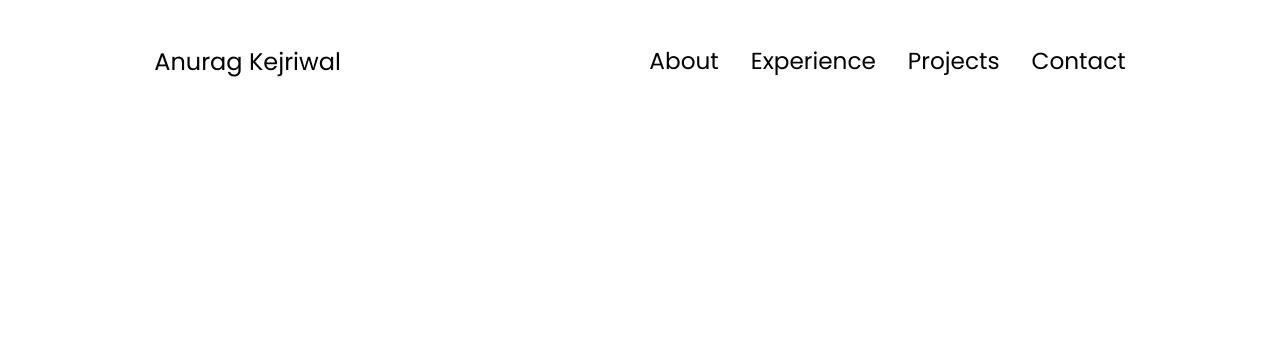
Repository: anuragkej/OldPortfolio
Page: index.html
These files come from the project's save history. The page is drawn as it stood at one moment and after the next save; the edit follows.
The browser window is 1280 px wide. The pictures show the whole page.

Above is the page before, as saved 2024-05-25 20:22:34.

### index.html
<!DOCTYPE html>
<html lang="en">
<head>
    <meta charset="UTF-8">
    <meta name="viewport" content="width=device-width, initial-scale=1.0">
    <title>Personal Portfolio</title>
    <link rel="stylesheet" href="style.css">
    <link rel="stylesheet" href="mediaqueries.css">
</head>
<body>
    <nav id="desktop-nav">
        <div class="logo">Anurag Kejriwal</div>
        <div>
            <ul class="nav-links">
                <li><a href="#about">About</a></li>
                <li><a href="#experience">Experience</a></li>
                <li><a href="#projects">Projects</a></li>
                <li><a href="#contact">Contact</a></li>
            </ul>
        </div>
    </nav>
    <script src="script.js"></script>

</body>
</html>

### style.css
/* General */

@import url('https://fonts.googleapis.com/css2?family=Poppins:wght@300;400;500;600&display=swap');
*{
    margin: 0;
    padding: 0;
}

body{
    font-family: "Poppins", sans-serif;
}

html{
    scroll-behavior: smooth;
}

p{
    color: rgb(85, 85, 85);
}

/* Transition */
/* all the links, with button*/

a,
.btn{
    transition: all 300ms ease;
}

/*Desktop navigation */

nav, .nav-links {
    display: flex;
}

nav{
    justify-content: space-around;
    align-items: center;
    height: 17vh;
}

.nav-links{
    gap: 2rem;
    list-style: none;
    font-size: 1.45rem;
}

a{
    color: black;
    text-decoration: none;
    text-decoration-color: white;

}

a:hover{
    color: grey;
    text-decoration: underline;
    text-underline-offset: 0.7rem;
    text-decoration-color: rgb(181, 181, 181);
}

.logo{
    font-size: 1.5rem
}

.logo:hover{
    cursor:default;
}

Loaded but not shown: mediaqueries.css (no copy from this time; the picture is the same without it); script.js (no copy from this time; the picture is the same without it)

After the next save:
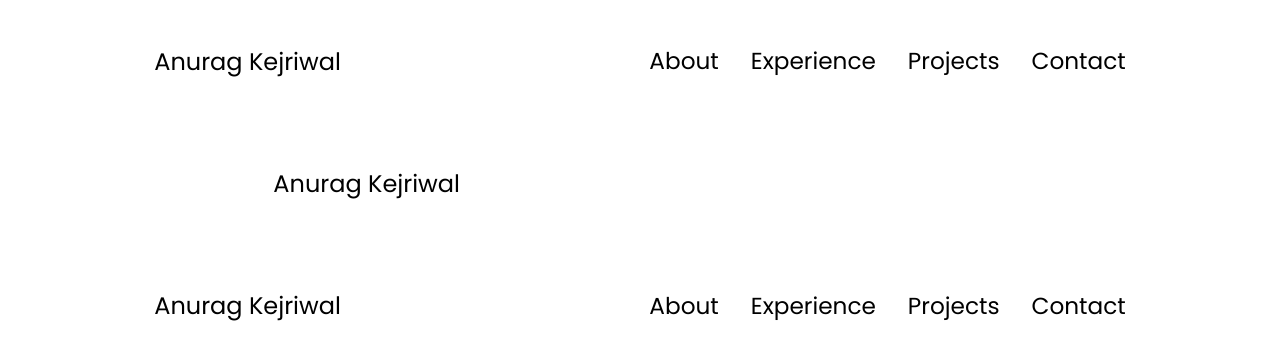
Saved 108 s later.
--- a/index.html
+++ b/index.html
@@ -1,3 +1,34 @@
+<!DOCTYPE html>
+<html lang="en">
+<head>
+    <meta charset="UTF-8">
+    <meta name="viewport" content="width=device-width, initial-scale=1.0">
+    <title>Personal Portfolio</title>
+    <link rel="stylesheet" href="style.css">
+    <link rel="stylesheet" href="mediaqueries.css">
+</head>
+<body>
+    <nav id="desktop-nav">
+        <div class="logo">Anurag Kejriwal</div>
+        <div>
+            <ul class="nav-links">
+                <li><a href="#about">About</a></li>
+                <li><a href="#experience">Experience</a></li>
+                <li><a href="#projects">Projects</a></li>
+                <li><a href="#contact">Contact</a></li>
+            </ul>
+        </div>
+    </nav>
+    <nav id="hamburger-nav">
+        <div class="logo">Anurag Kejriwal</div>
+        <div class="hamburger-menu">
+            <div class="hamburger-icon"></div>
+        </div>
+    </nav>
+    <script src="script.js"></script>
+
+</body>
+</html>
 <!DOCTYPE html>
 <html lang="en">
 <head>
